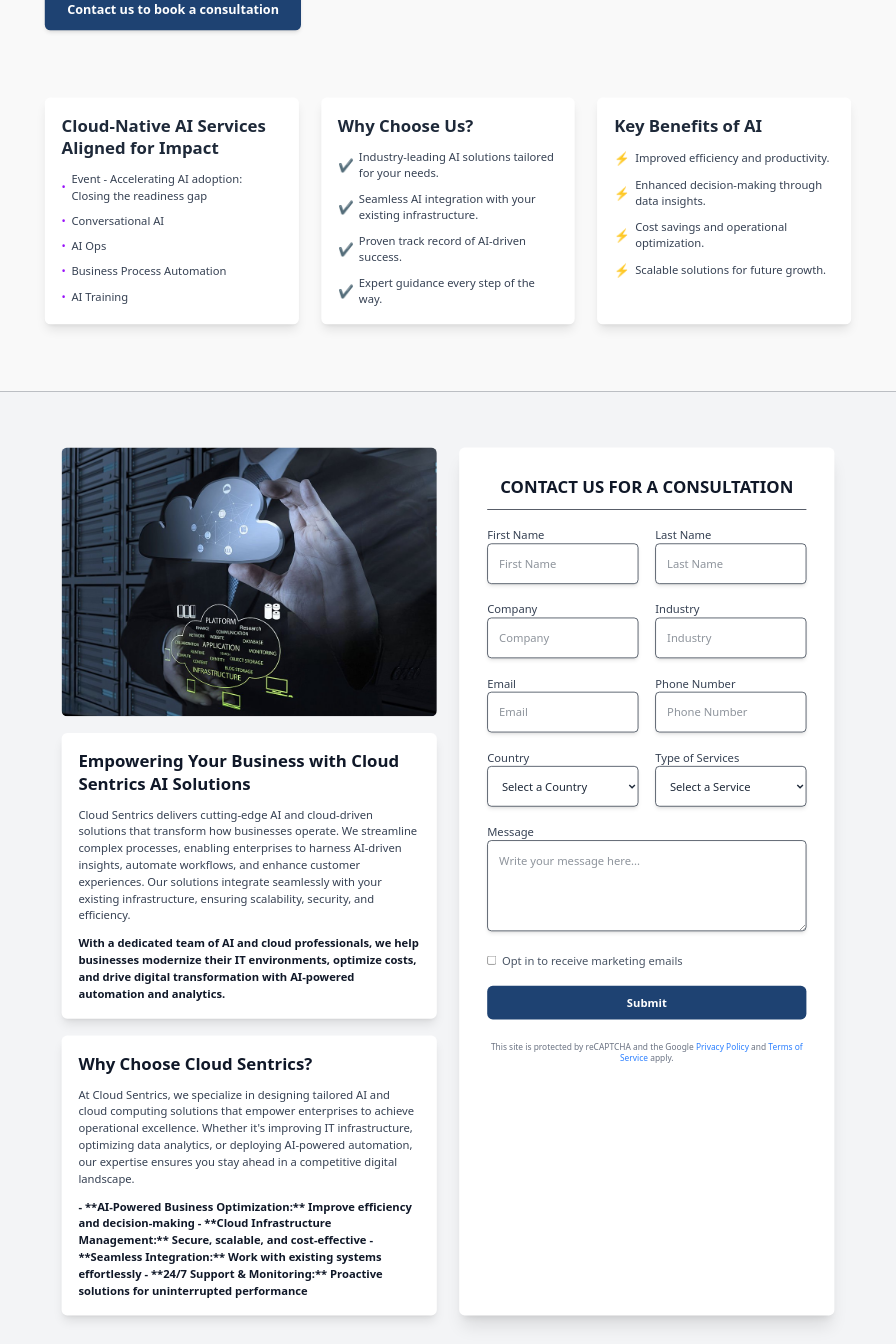
Repository: chykesure/cloudsentrics_
Page: /ai
The author's editor kept a copy of each file at every save. The page is drawn from the files as they stood at one save, then again after a run of saves.
The browser window is 1280 px wide. The pictures show the part of the page from y = 895 to 2815 px (the page is 3792 px tall before and 3796 px after), at 70% of full size.
The page's requests for data from a server got no answer. The project was rebuilt for these pictures with package versions that can differ from the ones it lists, and the page was loaded fresh each time. No one was signed in, and anything a server would have sent is missing. Also part of the build but not shown: vite.config.js, src/pages/Header.jsx, src/pages/Footer.jsx, src/pages/students/Reviews.jsx, src/pages/students/Testimony.jsx, src/pages/students/TestimonyLanding.jsx, src/pages/LandingPage.jsx, src/pages/students/Header.jsx and 41 more.

Above is the page before, as saved 2025-04-09 20:14:11.

### src/index.css
@import "tailwindcss";

@keyframes zoomInOut {
    0% {
        transform: scale(1);
    }
    100% {
        transform: scale(1.1);
    }
}

.zoom-animation {
    animation: zoomInOut 5s infinite alternate ease-in-out;

}

### src/App.jsx
import { BrowserRouter as Router, Routes, Route } from "react-router-dom";
import LandingPage from "./pages/LandingPage";
import StudentPage from "./pages/students/StudentPage";
import AboutUs from "./pages/students/AboutUs/AboutUs";
import "./App.css";
import AWS from "./pages/students/courses/AWS";
import DevSecOps from "./pages/students/courses/DevSecOps";
import AZURE from "./pages/students/courses/AZURE";
import Blogs from "./pages/students/blogs/Blogs";
import EventsPage from "./pages/students/events/EventsPage";
import FloatsButtons from "./pages/FloatsButtons";
import PartnerPage from "./pages/partners/home/PartnerPage";
import Ai from "./pages/partners/menu/ai";
import CloudSecurity from "./pages/partners/menu/cloudsecurity";
import IOT from "./pages/partners/menu/iot";
import Technology from "./pages/partners/menu/technology";
import Workplace from "./pages/partners/menu/workplace";
import InsightMenu from "./pages/partners/main_menu/insight";
import NewsPage from "./pages/partners/main_menu/news";
import CaseStudy from "./pages/partners/main_menu/casestudy";
import AboutCloud from "./pages/partners/main_menu/aboutus";
import Careers from "./pages/partners/main_menu/careers";
import ContactUs from "./pages/partners/main_menu/contact";

function App() {
  return (
    <Router>
      <div className="flex flex-col min-h-screen">
        {/* Floating Buttons will always be visible */}
        <FloatsButtons />

        <div className="flex-grow pt-20"> {/* Adjust padding-top based on header height */}
          <Routes>

            {/* Student Section */}
            <Route path="/" element={<LandingPage />} />
            <Route path="/StudentPage" element={<StudentPage />} />
            <Route path="/about" element={<AboutUs />} />
            <Route path="/courses/AWS" element={<AWS />} />
            <Route path="/courses/Azure" element={<AZURE />} />
            <Route path="/courses/DevSecOps" element={<DevSecOps />} />
            <Route path="/blog" element={<Blogs />} />
            <Route path="/events" element={<EventsPage />} />

            {/* The Partner Section */}
            <Route path="/PartnerPage" element={<PartnerPage />} />
            <Route path="/ai" element={<Ai />} />
            <Route path="/cloud-security" element={<CloudSecurity />} />
            <Route path="/iot" element={<IOT />} />
            <Route path="/technology" element={<Technology />} />
            <Route path="/modern-workplace" element={<Workplace />} />
            <Route path="/insights" element={<InsightMenu />} />
            <Route path="/news" element={<NewsPage />} />
            <Route path="/case-studies" element={<CaseStudy />} />
            <Route path="/about-cloudsentrics" element={<AboutCloud />} />
            <Route path="/careers" element={<Careers />} />
            <Route path="/contact" element={<ContactUs />} />
          </Routes>
        </div>
      </div>
    </Router>
  );
}

export default App;

### src/pages/FloatsButtons.jsx
import { FaWhatsapp, FaArrowUp } from "react-icons/fa";
import { motion } from "framer-motion";

const FloatsButtons = () => {
    const scrollToTop = () => {
        window.scrollTo({ top: 0, behavior: "smooth" });
    };

    return (
        <>
            {/* Floating WhatsApp Button (Left) */}
            <motion.a
                href="https://wa.me/message/62QVNSESZ56FC1"
                target="_blank"
                rel="noopener noreferrer"
                className="fixed bottom-6 left-6 bg-green-500 text-white p-4 rounded-full shadow-lg flex items-center justify-center z-50"
                title="Chat with us on WhatsApp"
                animate={{ y: [0, -10, 0] }}
                transition={{ duration: 1.5, repeat: Infinity, repeatType: "reverse", ease: "easeInOut" }}
                whileHover={{ scale: 1.2 }}
            >
                <FaWhatsapp size={28} />
            </motion.a>

            {/* Floating Back to Top Button (Right) */}
            <motion.button
                onClick={scrollToTop}
                className="fixed bottom-6 right-6 bg-[#1e4272] text-white p-4 rounded-full shadow-lg flex items-center justify-center z-50"
                title="Back to Top"
                animate={{ y: [0, -10, 0] }}
                transition={{ duration: 1.5, repeat: Infinity, repeatType: "reverse", ease: "easeInOut" }}
                whileHover={{ scale: 1.2 }}
            >
                <FaArrowUp size={28} />
            </motion.button>
        </>
    );
};

export default FloatsButtons;

### src/pages/partners/menu/ai.jsx
import React from "react";
import Header from "../Header";
import { motion } from "framer-motion";
import { Link } from "react-router-dom";
import FormsPage from "./forms";
import RelatedServices from "./services";
import Footer from "../home/Footer";

const logo = "/assets/logo.jpg";
const aibg = "/assets/ai.jpg";

const Ai = () => {
    return (
        <div className="min-h-screen bg-[#0d1b2a] text-white">
            {/* Header Section */}
            <div className="flex justify-center px-6 md:px-12 py-6 bg-white shadow-lg w-full h-28 md:h-32 lg:h-40">
                <div className="flex items-center justify-between w-full max-w-[1200px] mx-auto h-full">

                    {/* Left: Logo and Branding - Fully Left-Aligned */}
                    <div className="absolute left-0 flex items-center w-auto h-full">
                        <Link to="/PartnerPage">
                            <img
                                src={logo}
                                alt="Cloudsentrics Logo"
                                className="h-20 md:h-28 lg:h-34 w-auto ml-9 transition-all duration-300"
                            />
                        </Link>
                    </div>

                    {/* Right: Navigation Menu - Centered */}
                    <motion.div
                        className="hidden md:flex flex-grow justify-center items-center space-x-6 lg:space-x-10 text-lg md:text-xl font-bold text-[#1e1e1e] tracking-wide h-full"
                        initial={{ opacity: 0, y: -10 }}
                        animate={{ opacity: 1, y: 0 }}
                        transition={{ duration: 0.6, ease: "easeOut" }}
                    >
                        {[
                            { label: "AI", path: "/ai" },
                            { label: "CLOUD & SECURITY", path: "/cloud-security" },
                            { label: "IOT", path: "/iot" },
                            { label: "MODERN WORKPLACE", path: "/modern-workplace" },
                            { label: "TECHNOLOGY", path: "/technology" }
                        ].map((item, index) => (
                            <Link key={index} to={item.path}>
                                <motion.span
                                    className="cursor-pointer transition-all duration-300 hover:text-blue-600 hover:scale-105 whitespace-nowrap"
                                    whileHover={{ scale: 1.1 }}
                                >
                                    {item.label}
                                </motion.span>
                            </Link>
                        ))}
                    </motion.div>

                </div>
            </div>



            <Header />

            {/* AI Section */}
            <section className="bg-[#f9f9f9] px-6 md:px-16 py-16 lg:py-24 grid grid-cols-1 lg:grid-cols-3 gap-12">
                {/* Left Text Content */}
                <div className="lg:col-span-2 animate__animated animate__fadeIn flex-shrink-0 space-y-6">
                    {/* Heading Section */}
                    <div className="text-center lg:text-left">
                        <h3 className="text-lg font-medium text-gray-500 uppercase tracking-wide">Artificial Intelligence</h3>
                        <h1 className="text-4xl md:text-5xl lg:text-6xl font-bold leading-tight mt-4 text-gray-800">
                            Harnessing the Power <br />  of Cloud-Integrated AI
                        </h1>
                    </div>

                    {/* Paragraph Content */}
                    <p className="text-lg text-gray-700 mt-6 leading-relaxed">
                        At Cloud Sentrics, we empower forward-thinking organizations to put Artificial Intelligence to work seamlessly integrated with cloud technologies for smarter, faster outcomes.

                        From automating critical business decisions to enabling intelligent collaboration across teams, we help you transform how work gets done. Whether it's enhancing operational efficiency, reimagining customer and employee experiences, or uncovering powerful insights from your data our AI-driven solutions are designed to accelerate innovation and unlock new business models.

                        With a deep focus on real-world impact, our comprehensive suite of cloud-native AI services ensures you gain measurable value faster, smarter, and more securely.

                        Let’s build the future of intelligent business together.
                    </p>

                    {/* Call to Action Button */}
                    <div className="flex justify-center lg:justify-start mt-8">
                        <a
                            href="#"
                            className="bg-[#1e4272] text-white text-center py-4 px-8 rounded-lg font-semibold text-lg shadow-md hover:bg-purple-800 hover:scale-105 transition duration-300 ease-in-out transform hover:translate-y-1 w-full md:w-auto"
                        >
                            Contact us to book a consultation
                        </a>
                    </div>
                </div>


                {/* Right AI Image */}
                <div className="lg:col-span-1 flex justify-center items-center flex-shrink-0">
                    <motion.img
                        src={aibg}
                        alt="AI Representation"
                        className="w-full max-w-lg rounded-lg shadow-2xl"
                        animate={{ y: [0, -10, 0] }}
                        transition={{ duration: 1.5, repeat: Infinity, ease: "easeInOut" }}
                    />
                </div>

                {/* Bottom Section */}
                <div className="lg:col-span-3 flex flex-col gap-6 w-full">

                    {/* Grid Content */}
                    <div className="grid grid-cols-1 md:grid-cols-2 lg:grid-cols-3 gap-8 mt-12 w-full">
                        {/* Aligned Services */}
                        <div className="bg-white p-6 rounded-lg shadow-lg border-gray-200 hover:scale-105 hover:shadow-xl flex-shrink-0 w-full">
                            <h4 className="text-2xl font-semibold text-gray-800">Cloud-Native AI Services Aligned for Impact</h4>
                            <p></p>
                            <ul className="mt-4 space-y-3 text-gray-700">
                                {[
                                    "Event - Accelerating AI adoption: Closing the readiness gap",
                                    "Conversational AI",
                                    "AI Ops",
                                    "Business Process Automation",
                                    "AI Training"
                                ].map((service, index) => (
                                    <li key={index} className="flex items-center space-x-2">
                                        <span className="text-purple-600">•</span>
                                        <span>{service}</span>
                                    </li>
                                ))}
                            </ul>
                        </div>

                        {/* Why Choose Us? */}
                        <div className="bg-white p-6 rounded-lg shadow-lg border-gray-200 hover:scale-105 hover:shadow-xl flex-shrink-0 w-full">
                            <h4 className="text-2xl font-semibold text-gray-800">Why Choose Us?</h4>
                            <ul className="mt-4 space-y-3 text-gray-700">
                                {[
                                    "Industry-leading AI solutions tailored for your needs.",
                                    "Seamless AI integration with your existing infrastructure.",
                                    "Proven track record of AI-driven success.",
                                    "Expert guidance every step of the way."
                                ].map((reason, index) => (
                                    <li key={index} className="flex items-center space-x-2">
                                        <span className="text-green-600 text-lg">✔</span>
                                        <span>{reason}</span>
                                    </li>
                                ))}
                            </ul>
                        </div>

                        {/* Key Benefits of AI */}
                        <div className="bg-white p-6 rounded-lg shadow-lg border-gray-200 hover:scale-105 hover:shadow-xl flex-shrink-0 w-full">
                            <h4 className="text-2xl font-semibold text-gray-800">Key Benefits of AI</h4>
                            <ul className="mt-4 space-y-3 text-gray-700">
                                {[
                                    "Improved efficiency and productivity.",
                                    "Enhanced decision-making through data insights.",
                                    "Cost savings and operational optimization.",
                                    "Scalable solutions for future growth."
                                ].map((benefit, index) => (
                                    <li key={index} className="flex items-center space-x-2">
                                        <span className="text-blue-600 text-lg">⚡</span>
                                        <span>{benefit}</span>
                                    </li>
                                ))}
                            </ul>
                        </div>
                    </div>
                </div>
            </section>

            <section className="px-4 sm:px-6 md:px-6 lg:px-8 py-8 bg-gray-100">
                <FormsPage />
            </section>

            <section className="px-4 sm:px-6 md:px-6 lg:px-8 py-8 bg-gray-100">
                <RelatedServices />
            </section>

            {/* Footer Section */}
            <section className="px-0 sm:px-0 md:px-0 lg:px-0 py-8 bg-gray-100 w-full">
                <Footer />
            </section>

        </div>
    );
};

export default Ai;

### src/pages/partners/home/Footer.jsx
import React from 'react';
import { FaLinkedin, FaXTwitter, FaInstagram } from 'react-icons/fa6';
import { Link } from 'react-router-dom';

function Footer() {
    return (
        <footer className="bg-white text-black py-6 border-t border-gray-300 text-sm w-full">
            <div className="w-full px-6 lg:px-12">
                {/* Main Footer Section */}
                <div className="flex flex-col md:flex-row justify-between items-center text-center md:text-left">
                    <h3 className="font-bold text-lg text-blue-900">Powering Cloud-Integrated Digital Transformation</h3>

                    {/* Social Icons */}
                    <div className="flex space-x-4 mt-4 md:mt-0">
                        <a href="https://www.linkedin.com/posts/cloud-sentrics_cloud-sentrics-linkedin-activity-7291379079860117505-ve54?utm_source=share&utm_medium=member_android" target="_blank" rel="noopener noreferrer" className="text-gray-600 hover:text-black">
                            <FaLinkedin size={20} />
                        </a>
                        <a href="https://x.com/CloudSentrics" target="_blank" rel="noopener noreferrer" className="text-gray-600 hover:text-black">
                            <FaXTwitter size={20} />
                        </a>
                        <a href="https://www.instagram.com/cloudsentrics/" target="_blank" rel="noopener noreferrer" className="text-gray-600 hover:text-black">
                            <FaInstagram size={20} />
                        </a>
                    </div>
                </div>

                {/* Footer Links */}
                <div className="mt-4 text-center md:text-left">
                    <p>© {new Date().getFullYear()} All rights reserved |
                        <Link to="#" className="ml-2 hover:text-blue-600">Privacy Notice</Link> |
                        <Link to="#" className="ml-2 hover:text-blue-600">Terms & Conditions</Link> |
                        <Link to="#" className="ml-2 hover:text-blue-600">Website T&Cs</Link> |
                        <Link to="#" className="ml-2 hover:text-blue-600">Cookies Policy</Link> |
                        <Link to="#" className="ml-2 hover:text-blue-600">Anti-Slavery Policy</Link> |
                        <Link to="#" className="ml-2 hover:text-blue-600">Sitemap</Link> |
                        <Link to="#" className="ml-2 hover:text-blue-600">Learn more</Link>
                    </p>
                </div>
            </div>
        </footer>
    );
}

export default Footer;

### src/pages/partners/menu/services.jsx
import React from "react";
import { motion } from "framer-motion";

const ai_trainning = "/assets/ai_trainning.jpg";
const ai_conversation = "/assets/ai_conversation.jpg";
const ai_ops = "/assets/ai_ops.jpg";
const bpa = "/assets/bpa.jpg";

const RelatedServices = () => {
    const services = [
        {
            title: "Conversational AI",
            description:
                "Boost engagement and productivity with a next generation customer experience",
            image: ai_conversation,
        },
        {
            title: "AI Ops",
            description:
                "Ensure resilience and prevent and resolve incidents with AIOps",
            image: ai_ops,
        },
        {
            title: "Business Process Automation",
            description:
                "Accelerate how work gets done and amplify digital efficiencies",
            image: bpa,
        },
        {
            title: "AI Training",
            description:
                "Discover the true business value of artificial intelligence",
            image: ai_trainning,
        },
    ];

    return (
        <section className="py-12 bg-gray-100">
            <div className="container mx-auto px-6 text-center">
                <h2 className="text-3xl font-bold text-gray-900 mb-6">
                    Related Services
                </h2>
                <div className="w-16 h-1 bg-blue-600 mx-auto mb-8"></div>
                <div className="grid grid-cols-1 md:grid-cols-2 lg:grid-cols-4 gap-8">
                    {services.map((service, index) => (
                        <motion.div
                            key={index}
                            className="relative bg-white rounded-lg shadow-lg overflow-hidden min-h-[400px]"
                            whileHover={{ scale: 1.05, y: -5 }}
                            transition={{ type: "spring", stiffness: 200, damping: 10 }}
                        >
                            <img
                                src={service.image}
                                alt={service.title}
                                className="w-full h-64 md:h-80 object-cover"
                            />
                            <div className="p-6">
                                <h3 className="text-xl font-semibold text-gray-800 mb-2">
                                    {service.title}
                                </h3>
                                <p className="text-gray-600">{service.description}</p>
                            </div>
                        </motion.div>
                    ))}
                </div>
            </div>
        </section>
    );
};

export default RelatedServices;

Loaded but not shown: index.html (common file); src/main.jsx (common file); src/pages/students/AboutUs/AboutUs.jsx (399 lines, source omitted); src/pages/partners/menu/forms.jsx (209 lines, source omitted); src/pages/partners/Header.jsx (114 lines, source omitted)

After the next 2 saves:
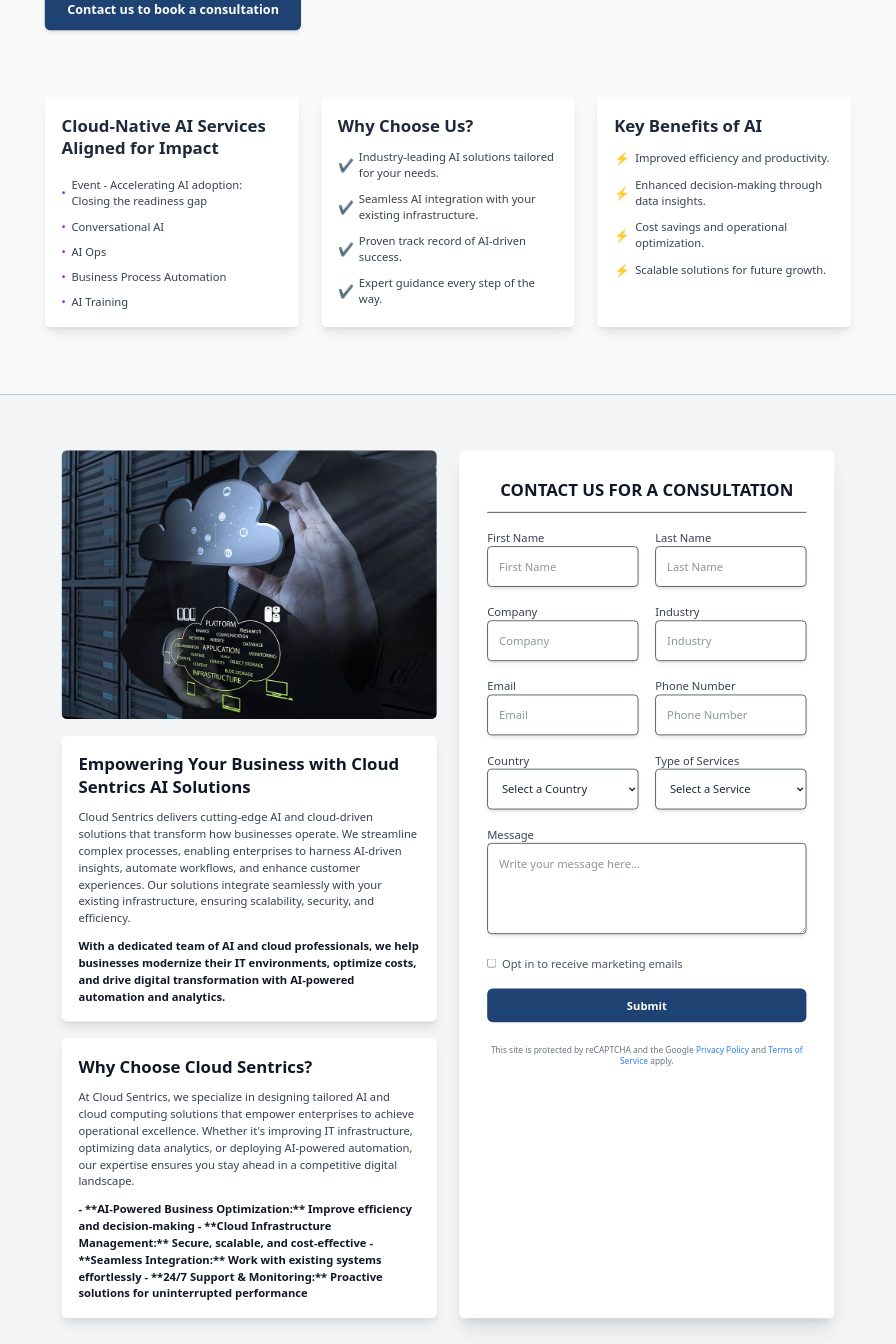
The 2 saves are shown as one change because they came seconds apart.
The last was saved 35 s later.
--- a/src/pages/partners/menu/ai.jsx
+++ b/src/pages/partners/menu/ai.jsx
@@ -113,7 +113,9 @@
                         {/* Aligned Services */}
                         <div className="bg-white p-6 rounded-lg shadow-lg border-gray-200 hover:scale-105 hover:shadow-xl flex-shrink-0 w-full">
                             <h4 className="text-2xl font-semibold text-gray-800">Cloud-Native AI Services Aligned for Impact</h4>
-                            <p></p>
+                            <p className="text-lg text-gray-700 mt-6 leading-relaxed">
+
+                            </p>
                             <ul className="mt-4 space-y-3 text-gray-700">
                                 {[
                                     "Event - Accelerating AI adoption: Closing the readiness gap",
